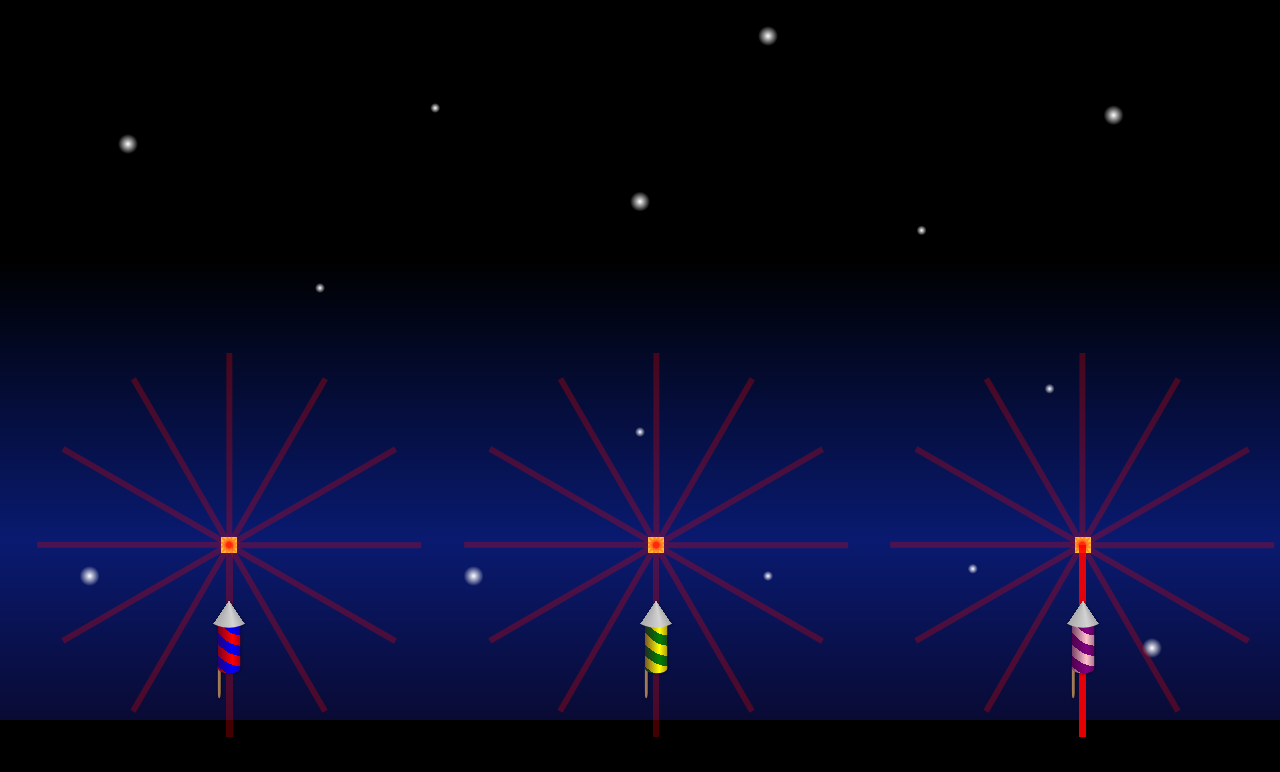
Repository: juliandecloe/CSS-To-The-Rescue---Julian-de-Cloe
Page: index.html
These files come from the project's save history. The page is drawn as it stood at one moment and after the next save; the edit follows.
The browser window is 1280 px wide. The pictures show the whole page.

Above is the page before, as saved 2022-03-10 15:32:07.

### index.html
<!DOCTYPE html>
<html lang="en">
	<head>
		<meta charset="UTF-8">
		<meta name="viewport" content="width=device-width, initial-scale=1.0">
		<title>The Anticlimax Fireworkshow!</title>
		<link rel="stylesheet" href="style.css">
	</head>
	<body>
		<input id="left" type="checkbox">
		<input id="middle" type="checkbox">
		<input id="right" type="checkbox">
		<main>
			<section>
				<label for="left">
					<figure></figure>
					<figure></figure>
					<figure></figure>
				</label>
				<ul>
					<li>
						<ul>
							<li></li>
							<li></li>
							<li></li>
							<li></li>
							<li></li>
						</ul>
					</li>
					<li>
						<ul>
							<li></li>
							<li></li>
							<li></li>
							<li></li>
							<li></li>
						</ul>
					</li>
					<li>
						<ul>
							<li></li>
							<li></li>
							<li></li>
							<li></li>
							<li></li>
						</ul>
					</li>
					<li>
						<ul>
							<li></li>
							<li></li>
							<li></li>
							<li></li>
							<li></li>
						</ul>
					</li>
					<li>
						<ul>
							<li></li>
							<li></li>
							<li></li>
							<li></li>
							<li></li>
						</ul>
					</li>
					<li>
						<ul>
							<li></li>
							<li></li>
							<li></li>
							<li></li>
							<li></li>
						</ul>
					</li>
					<li>
						<ul>
							<li></li>
							<li></li>
							<li></li>
							<li></li>
							<li></li>
						</ul>
					</li>
					<li>
						<ul>
							<li></li>
							<li></li>
							<li></li>
							<li></li>
							<li></li>
						</ul>
					</li>
					<li>
						<ul>
							<li></li>
							<li></li>
							<li></li>
							<li></li>
							<li></li>
						</ul>
					</li>
					<li>
						<ul>
							<li></li>
							<li></li>
							<li></li>
							<li></li>
							<li></li>
						</ul>
					</li>
					<li>
						<ul>
							<li></li>
							<li></li>
							<li></li>
							<li></li>
							<li></li>
						</ul>
					</li>
					<li>
						<ul>
							<li></li>
							<li></li>
							<li></li>
							<li></li>
							<li></li>
						</ul>
					</li>
				</ul>
			</section>
			<section>
				<label for="middle">
					<figure></figure>
					<figure></figure>
					<figure></figure>
				</label>
				<ul>
					<li>
						<ul>
							<li></li>
							<li></li>
							<li></li>
							<li></li>
							<li></li>
						</ul>
					</li>
					<li>
						<ul>
							<li></li>
							<li></li>
							<li></li>
							<li></li>
							<li></li>
						</ul>
					</li>
					<li>
						<ul>
							<li></li>
							<li></li>
							<li></li>
							<li></li>
							<li></li>
						</ul>
					</li>
					<li>
						<ul>
							<li></li>
							<li></li>
							<li></li>
							<li></li>
							<li></li>
						</ul>
					</li>
					<li>
						<ul>
							<li></li>
							<li></li>
							<li></li>
							<li></li>
							<li></li>
						</ul>
					</li>
					<li>
						<ul>
							<li></li>
							<li></li>
							<li></li>
							<li></li>
							<li></li>
						</ul>
					</li>
					<li>
						<ul>
							<li></li>
							<li></li>
							<li></li>
							<li></li>
							<li></li>
						</ul>
					</li>
					<li>
						<ul>
							<li></li>
							<li></li>
							<li></li>
							<li></li>
							<li></li>
						</ul>
					</li>
					<li>
						<ul>
							<li></li>
							<li></li>
							<li></li>
							<li></li>
							<li></li>
						</ul>
					</li>
					<li>
						<ul>
							<li></li>
							<li></li>
							<li></li>
							<li></li>
							<li></li>
						</ul>
					</li>
					<li>
						<ul>
							<li></li>
							<li></li>
							<li></li>
							<li></li>
							<li></li>
						</ul>
					</li>
					<li>
						<ul>
							<li></li>
							<li></li>
							<li></li>
							<li></li>
							<li></li>
						</ul>
					</li>
				</ul>
			</section>
			<section>
				<label for="right">
					<figure></figure>
					<figure></figure>
					<figure></figure>
				</label>
				<ul>
					<li></li>
					<li></li>
					<li></li>
					<li></li>
					<li></li>
					<li></li>
					<li></li>
					<li></li>
					<li></li>
					<li></li>
					<li></li>
					<li></li>
					<li></li>
					<li></li>
					<li></li>
					<li></li>
					<li></li>
					<li></li>
				</ul>
			</section>
		</main>
	</body>
</html>

### style.css
/*========== GENERAL ==========*/

:root * {
	--hoekVar: calc(360deg / 12);
	--rotate: rotate(calc( var(--hoekVar) * var(--index) ));
	--hoekVar2: calc(360deg / 5);
	--rotate2: rotate(calc( var(--hoekVar2) * var(--index2) ));
	--hoekVar3: calc(360deg / 18);
	--rotate3: rotate(calc( var(--hoekVar2) * var(--index2) ));
	--star1: 5px;
	--star2: 3px;
}

@property --star1 {
	syntax: '<length>';
	inherits: false;
	initial-value: 0px;
}

@property --star2 {
	syntax: '<length>';
	inherits: false;
	initial-value: 0px;
}

* {
	padding: 0;
	margin: 0;
}

body, html {
	overflow: hidden;
}

html {
	background: linear-gradient(0deg, rgba(9,11,52,1) 0%, rgba(9,26,112,1) 25%, rgba(0,0,0,1) 64%, rgba(0,0,0,1) 100%);
}

@keyframes stars {
	0% {
		--star1: 5px;
	}
	100% {
		--star1: 10px;
	}
}

@keyframes stars2 {
	0% {
		--star2: 3px;
	}
	100% {
		--star2: 6px;
	}
}

body {
	background-position: center;
	background-image:
	radial-gradient(
		circle at
			10%
			20%,
		white,
		transparent var(--star1)
	),
	radial-gradient(
		circle at
			34%
			15%,
		white,
		transparent var(--star2)
	),
	radial-gradient(
		circle at
			50%
			60%,
		white,
		transparent var(--star2)
	),
	radial-gradient(
		circle at
			60%
			80%,
		white,
		transparent var(--star2)
	),
	radial-gradient(
		circle at
			25%
			40%,
		white,
		transparent var(--star2)
	),
	radial-gradient(
		circle at
			7%
			80%,
		white,
		transparent var(--star1)
	),
	radial-gradient(
		circle at
			87%
			16%,
		white,
		transparent var(--star1)
	),
	radial-gradient(
		circle at
			76%
			79%,
		white,
		transparent var(--star2)
	),
	radial-gradient(
		circle at
			90%
			90%,
		white,
		transparent var(--star1)
	),
	radial-gradient(
		circle at
			60%
			5%,
		white,
		transparent var(--star1)
	),
	radial-gradient(
		circle at
			72%
			32%,
		white,
		transparent var(--star2)
	),
	radial-gradient(
		circle at
			50%
			28%,
		white,
		transparent var(--star1)
	),
	radial-gradient(
		circle at
			37%
			80%,
		white,
		transparent var(--star1)
	),
	radial-gradient(
		circle at
			82%
			54%,
		white,
		transparent var(--star2)
	);
	animation:
	stars 1s linear alternate infinite,
	stars2 1.5s linear alternate infinite;
}

@media (prefers-reduced-motion) {
	body {
		animation-name: dissolve;
	}
}

main {
	display: flex;
	justify-content: center;
	align-items: end;
	width: 100vw;
	height: 100vh;
	padding-left: 1rem;
}

@media (max-width: 630px) {
	main {
		transform: scale(.5) translateY(50vh);
	}
}

section {
	display: grid;
	place-items: center;
	transition: 1s ease-out;
	width: 50vw;
}

@media (max-width: 630px) {
	section {
		width: 80vw;
	}
}

input {
	display: none;
}


/*========== FIRE ROCKET ==========*/

/*===== GENERAL =====*/

label {
	transform: scale(.3) translateY(50vh);
	z-index: 5;
	height: 350px;
	width: 120px;
	filter: drop-shadow(2px 2px 4px rgb(0,0,0,0.5));
	transition: 1s;
	cursor: pointer;
	animation: 1s
}

@media (max-width: 630px) {
	label {
		transform: scale(.5);
	}
}

section label > figure:first-child {
	border-radius: 50%;
	position: absolute;
	left: calc(50% - 55px);
	width: 110px;
	height: 130px;
	z-index: 3;
	clip-path: ellipse(90% 70% at center top);
	background-image:
		conic-gradient(
		at center top,
		transparent 146deg,
		darkgray 146deg,
		lightgray 170deg,
		darkgray 214deg,
		transparent 214deg
	);
}

section label figure:nth-child(2) {
	position: absolute;
	top: 83px;
	left: calc(50% - 37.5px);
	width: 75px;
	height: 160px;
	z-index: 2;
	background-size: 100% 100%, 600% 600%;
	background-position:left top, 40% -30%;
	border-radius: 0 0 50% 50% / 0 0 1em 1em;
}

section label > figure:nth-child(3) {
	position: absolute;
	background: #BA8C63;
	top: 220px;
	left: calc(50% - 37.5px);
	width: 10px;
	height: 110px;
	z-index: 1;
	box-shadow: inset -2px 0 8px rgb(0,0,0,0.5);
	clip-path: ellipse(10px 95px at 50% 10%);
}


/*===== COLOR ARROWS =====*/

section:first-child label figure:nth-child(2) {
	background-image:
		linear-gradient(
			to right,
			#303a 0%,
			transparent 65%,
			#3036 100%
		),
		repeating-radial-gradient(
			red 0 1em,
			blue 1em 2em
	);
}

section:nth-child(2) label figure:nth-child(2) {
	background-image:
		linear-gradient(
			to right,
			#303a 0%,
			transparent 65%,
			#3036 100%
		),
		repeating-radial-gradient(
			green 0 1em,
			yellow 1em 2em
		);
}

section:last-child label figure:nth-child(2) {
	background-image:
		linear-gradient(
			to right,
			#303a 0%,
			transparent 65%,
			#3036 100%
		),
		repeating-radial-gradient(
			pink 0 1em,
			purple 1em 2em
		);
}


/*========== FIRE WORK ==========*/

/*===== LAYER 1 =====*/

section > ul {
	list-style-type: none;
	position: absolute;
	width: 1rem;
	height: 1rem;
	display: grid;
	place-items: center;
	background-color: #ff4;
}

main section > ul > li {
	position: absolute;
	top: 50%;
	width: 40%;
	height: 1200%;
	transform-origin: center top;
	transform: var(--rotate);
	transition: .3s ease-out;
	transition-delay: 1s;
	display: flex;
	background-color: #f004;
}

section > ul > li::after {
	content: "";
	display: block;
	width: 100%;
	height: 50%;
	transition: .2s ease-out;
	transform-origin: center top;
	transform: scaleY(0);
	position: absolute;
}

/* Color */

section:first-child > ul > li::after {
	background-color: blue;
}

section:nth-child(2) > ul > li::after {
	background-color: green;
}

section:last-child > ul li::after {
	background-color: pink;
}


/*===== LAYER 2 =====*/

section > ul > li ul {
	list-style-type: none;
	position: relative;
	width: .5em;
	aspect-ratio: 1/1;
	align-self: end;
	display: grid;
	place-items: center;
	/* background-color: #f088; */
}

section:first-child > ul > li li {
	position: absolute;
	top: 50%;
	width: 25%;
	aspect-ratio: 1/8;
	background-color: #f00;
	transform-origin: center top;
	transform: var(--rotate2) scaleY(0);
	transition: .3s ease-out;
	transition-delay: 1.8s;
}

section:nth-child(2) > ul > li li {
	position: absolute;
	width: 30%;
	height: 1200%;
	background-color: yellow;
	transform-origin: center;
	transform: var(--rotate2) scaleY(1);
	transition: .5s ease-out;
	transition-delay: 1.5s;
	visibility: hidden;
}


/*========== INTERACTION ==========*/

/*===== GENERAL =====*/

section > ul > li:nth-of-type(1) { --index:1; }
section > ul > li:nth-of-type(2) { --index:2; }
section > ul > li:nth-of-type(3) { --index:3; }
section > ul > li:nth-of-type(4) { --index:4; }
section > ul > li:nth-of-type(5) { --index:5; }
section > ul > li:nth-of-type(6) { --index:6; }
section > ul > li:nth-of-type(7) { --index:7; }
section > ul > li:nth-of-type(8) { --index:8; }
section > ul > li:nth-of-type(9) { --index:9; }
section > ul > li:nth-of-type(10) { --index:10; }
section > ul > li:nth-of-type(11) { --index:11; }
section > ul > li:nth-of-type(12) { --index:12; }

ul > li li:nth-of-type(1) { --index2:1; }
ul > li li:nth-of-type(2) { --index2:2; }
ul > li li:nth-of-type(3) { --index2:3; }
ul > li li:nth-of-type(4) { --index2:4; }
ul > li li:nth-of-type(5) { --index2:5; }

/* Rocket */

input:first-child[type="checkbox"]:checked ~ main section:first-child, input:nth-child(2)[type="checkbox"]:checked ~ main section:nth-child(2) {
	transform: translateY(-50vh);
	background: none;
}

@media (max-width: 630px) {
	input:first-child[type="checkbox"]:checked ~ main section:first-child, input:nth-child(2)[type="checkbox"]:checked ~ main section:nth-child(2) {
		transform: translateY(-90vh);
	}
}

input:first-child[type="checkbox"]:checked ~ main section:first-child label, input:nth-child(2)[type="checkbox"]:checked ~ main section:nth-child(2) label {
	transform: scale(.5, .3);
	animation: explode 1s 1s ease-in forwards;
}

/* Explode 1 */

input:first-child[type="checkbox"]:checked ~ main section:first-child > ul > li, input:nth-child(2)[type="checkbox"]:checked ~ main section:nth-child(2) > ul > li {
	transform: var(--rotate) translateY(2em);
}

input:first-child[type="checkbox"]:checked ~ main section:first-child > ul > li::after, input:nth-child(2)[type="checkbox"]:checked ~ main section:nth-child(2) > ul > li::after {
	animation: after .3s 1s ease-out forwards;
}

input:last-child[type="checkbox"]:checked ~ main section:nth-child(2) > ul > li {
	animation: third
}


/*===== ARROW 1 =====*/

input:first-child[type="checkbox"]:checked ~ main section:first-child > ul > li li {
	animation: lili .3s 1.5s ease-out forwards;
}


/*===== ARROW 2 =====*/

input:nth-child(2)[type="checkbox"]:checked ~ main section:nth-child(2) > ul > li li {
	visibility: visible;
	transform: var(--turn) scaleY(6) translateY(2em);
	opacity: 0;
}

/*========== ANIMATIONS ==========*/

@keyframes explode {
	0% {
		visibility: hidden;
	}
	99% {
		visibility: hidden;
	}
	100% {
		transform: translateY(65vh) scale(.3);
		visibility: visible;
	}
}

@keyframes after {
	0% {
		transform: scaleY(0);
	}
	33% {
		transform: scaleY(1) ;
	}
	67% {
		transform: translateY(100%) scaleY(1) ;
	}
	99% {
		transform: translateY(200%) scaleY(0) ;
	}
	100% {
		transform: translateY(0) scaleY(0) ;
	}
}

@keyframes lili {
	0% {
		transform: var(--rotate2) translateY(0) scaleY(0);
	}
	50% {
		transform: var(--rotate2) translateY(0) scaleY(3);
	}
	99% {
		transform: var(--rotate2) translateY(400%) scaleY(0);
	}
	100% {
		transform: var(--rotate2) translateY(0) scaleY(0);
	}
}

After the next save:
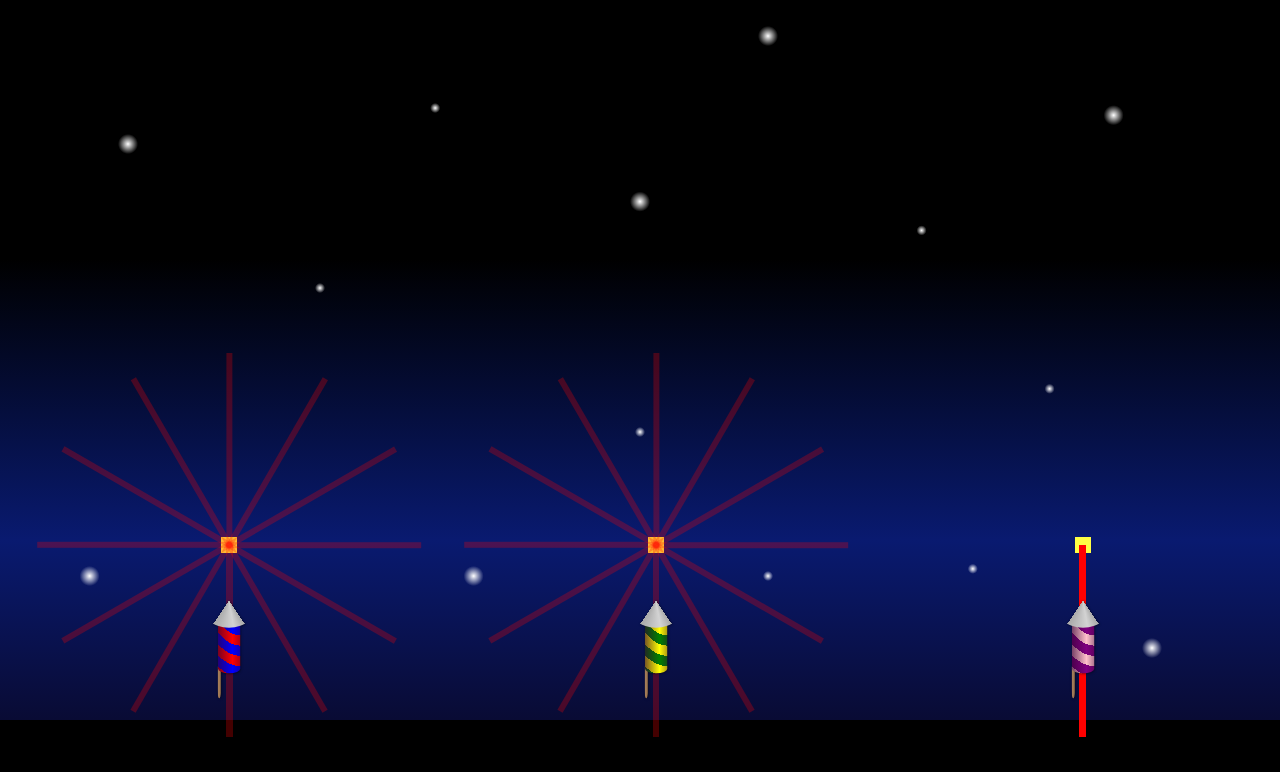
Saved 45 s later.
--- a/style.css
+++ b/style.css
@@ -323,13 +323,26 @@ section > ul {
 	background-color: #ff4;
 }
 
-main section > ul > li {
+section > ul > li {
 	position: absolute;
 	top: 50%;
 	width: 40%;
 	height: 1200%;
 	transform-origin: center top;
 	transform: var(--rotate);
+	transition: .3s ease-out;
+	transition-delay: 1s;
+	display: flex;
+	background-color: #f004;
+}
+
+section:last-child li {
+	position: absolute;
+	top: 50%;
+	width: 40%;
+	height: 1200%;
+	transform-origin: center top;
+	transform: var(--rotate3);
 	transition: .3s ease-out;
 	transition-delay: 1s;
 	display: flex;
